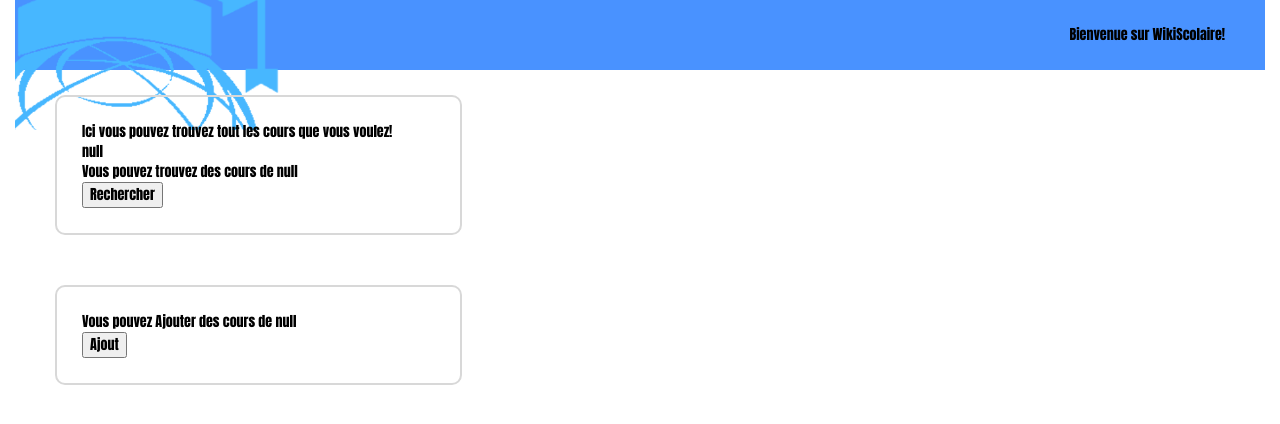
Repository: AntoAnt/WikiScolaire-
Page: http://localhost/InterfaceWikiScolair/WEB-INF/accueil.jsp
The author's editor kept a copy of each file at every save. The page is drawn from the files as they stood at one save, then again after the next save.
The browser window is 1280 px wide. The pictures show the whole page.
Some web fonts or font styles are not loaded; a fallback is used. The page is served by Tomcat 9. Nobody is signed in. The template is opened directly, without the code that normally fills it, so the values that code supplies are empty.

Above is the page before, as saved 2017-04-27 16:42:14.

After the next save:
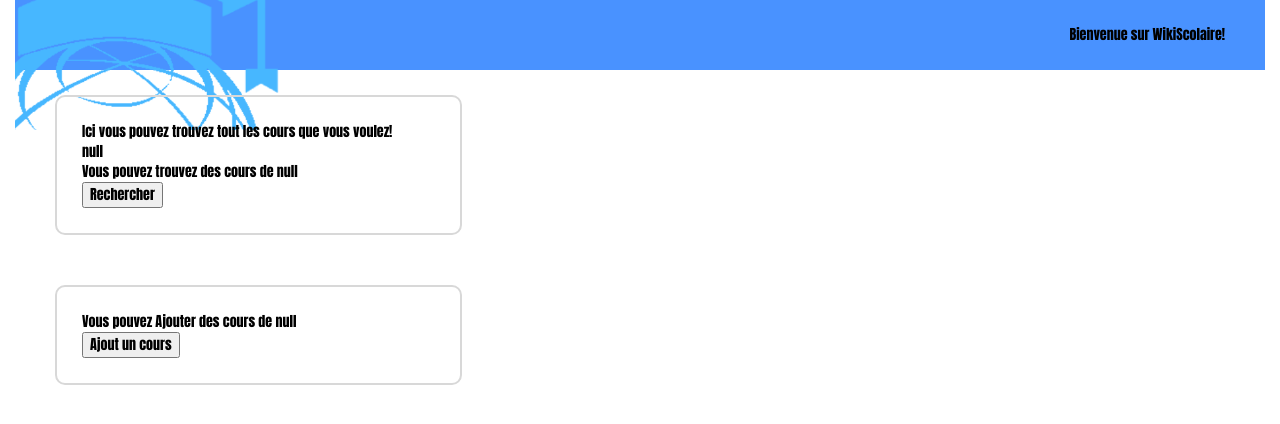
Saved 50 s later.
--- a/InterfaceWikiScolair/WebContent/WEB-INF/accueil.jsp
+++ b/InterfaceWikiScolair/WebContent/WEB-INF/accueil.jsp
@@ -43,7 +43,7 @@
                 <div class="col-xs-12 col-sm-12 col-lg-4 col-md-4 doc">
 	Vous pouvez Ajouter des cours de <%out.println(session.getAttribute("niv"));%> </br>
 	<form method="post" action="/InterfaceWikiScolair/ControleurPrincipal?idaction=Redirect_Ajout_Cours">
-		<input type="submit" name="Ajout_cours" value="Ajout"></br>
+		<input type="submit" name="Ajout_cours" value="Ajout un cours"></br>
 	</form>
 	</div>
 </div>
